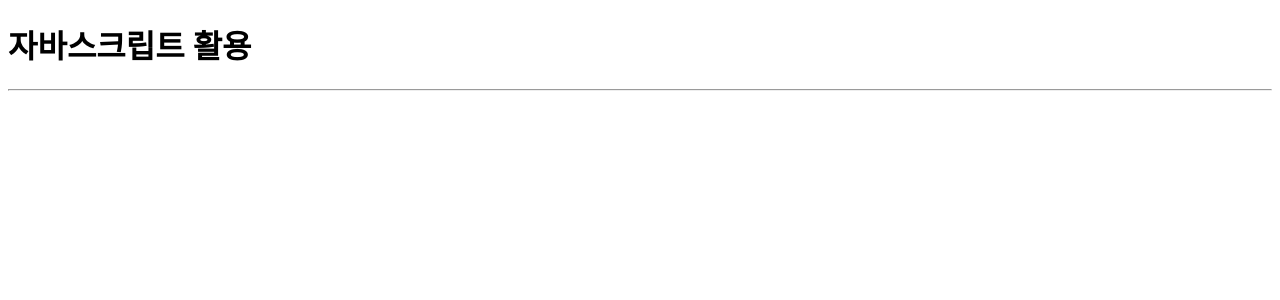
Repository: god5228god/Jsp
Page: WebApp03/WebContent/Test030.html
An editor plug-in stored every save of this project. The page is shown before and after the next save, followed by the edit.
The browser window is 1280 px wide. The pictures show the whole page.

Above is the page before, as saved 2026-02-25 05:09:37.

After the next save:
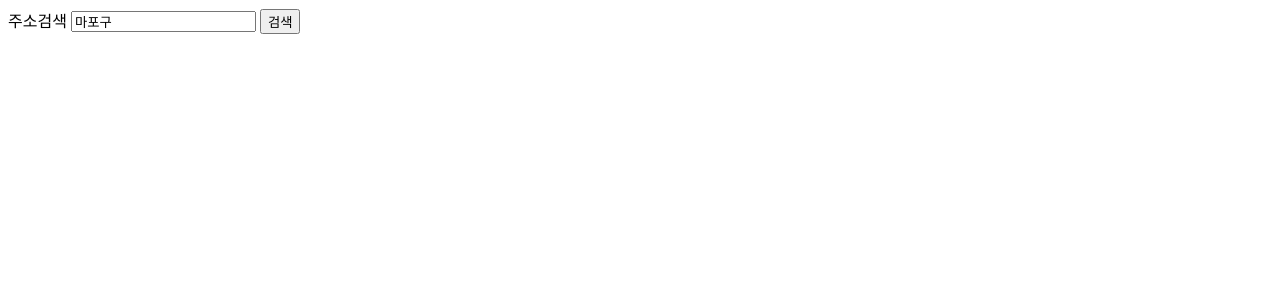
Saved 79 s later.
--- a/WebApp03/WebContent/Test030.html
+++ b/WebApp03/WebContent/Test030.html
@@ -6,8 +6,11 @@
 </head>
 <body>
 	<div>
-	<h1>자바스크립트 활용</h1>
-	<hr />
-</div>
+		<form>
+			주소검색
+			<input type="text" value="마포구"/>
+			<input type="button" value="검색"/>
+		</form>
+	</div>
 </body>
 </html>
